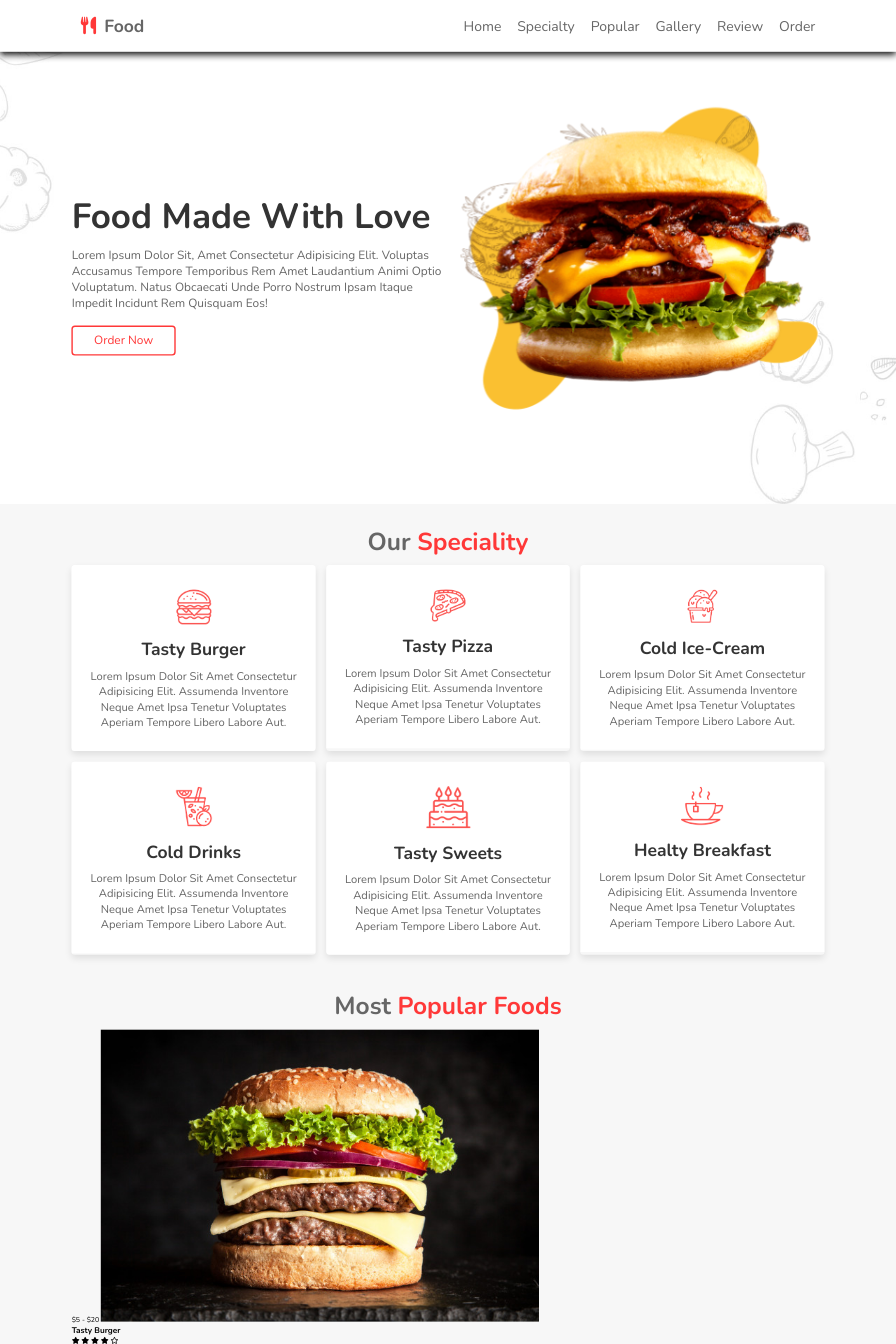
Repository: wenxi0504/ResturantApp-static-
Page: index.html
These files come from the project's save history. The page is drawn as it stood at one moment and after the next save; the edit follows.
The browser window is 1280 px wide. The pictures show the part of the page from y = 0 to 1920 px (the page is 4509 px tall before and 2374 px after), at 70% of full size.

Above is the page before, as saved 2022-01-10 00:07:04.
Console error: TypeError: Cannot read properties of null (reading 'classList')

After the next save:
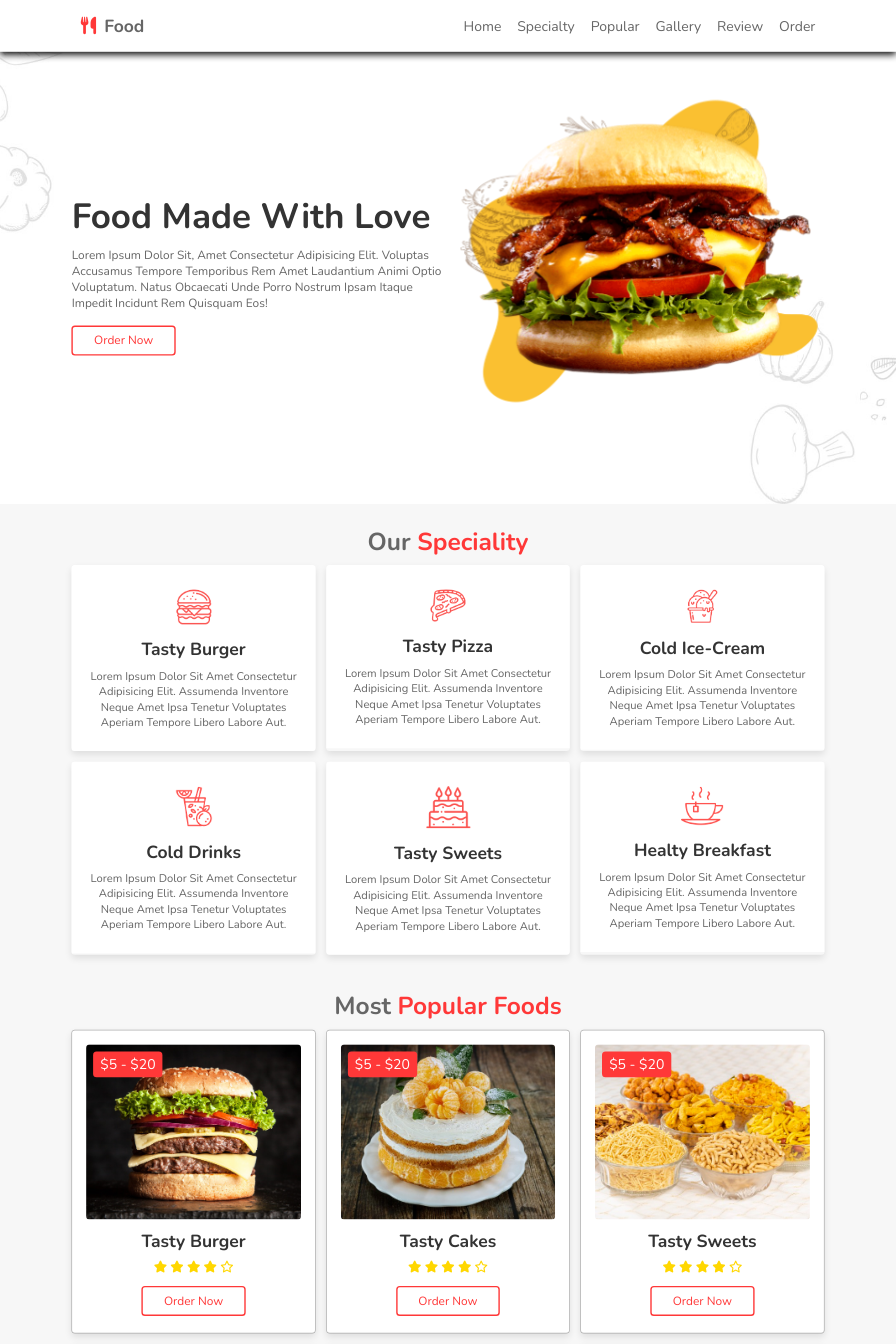
Saved 13 min 52 s later.
--- a/style.css
+++ b/style.css
@@ -237,6 +237,52 @@ color:#333;
   transform: translateY(100%);
 }
 
+/* popular section */
+.popular .box-container{
+  display: flex;
+  flex-wrap: wrap;
+  gap:1.5rem;
+}
+
+.popular .box-container .box{
+  padding:2rem;
+  background:#fff;
+  box-shadow: 0 .5rem 1rem rgba(0,0,0,.1);
+  border:.1rem solid rgba(0,0,0,.3);
+  border-radius: .5rem;
+  text-align: center;
+  flex:1 1 30rem;
+  position: relative;
+}
+
+.popular .box-container .box img{
+  height:25rem;
+  object-fit: cover;
+  width:100%;
+  border-radius: .5rem;
+}
+
+.popular .box-container .box .price{
+  position: absolute;
+  top:3rem; left:3rem;
+  background:var(--red);
+  color:#fff;
+  font-size: 2rem;
+  padding:.5rem 1rem;
+  border-radius: .5rem;
+}
+
+.popular .box-container .box h3{
+  color:#333;
+  font-size: 2.5rem;
+  padding-top: 1rem;
+}
+
+.popular .box-container .box .stars i{
+  color:gold;
+  font-size: 1.7rem;
+  padding:1rem .1rem;
+}
 
 
 
